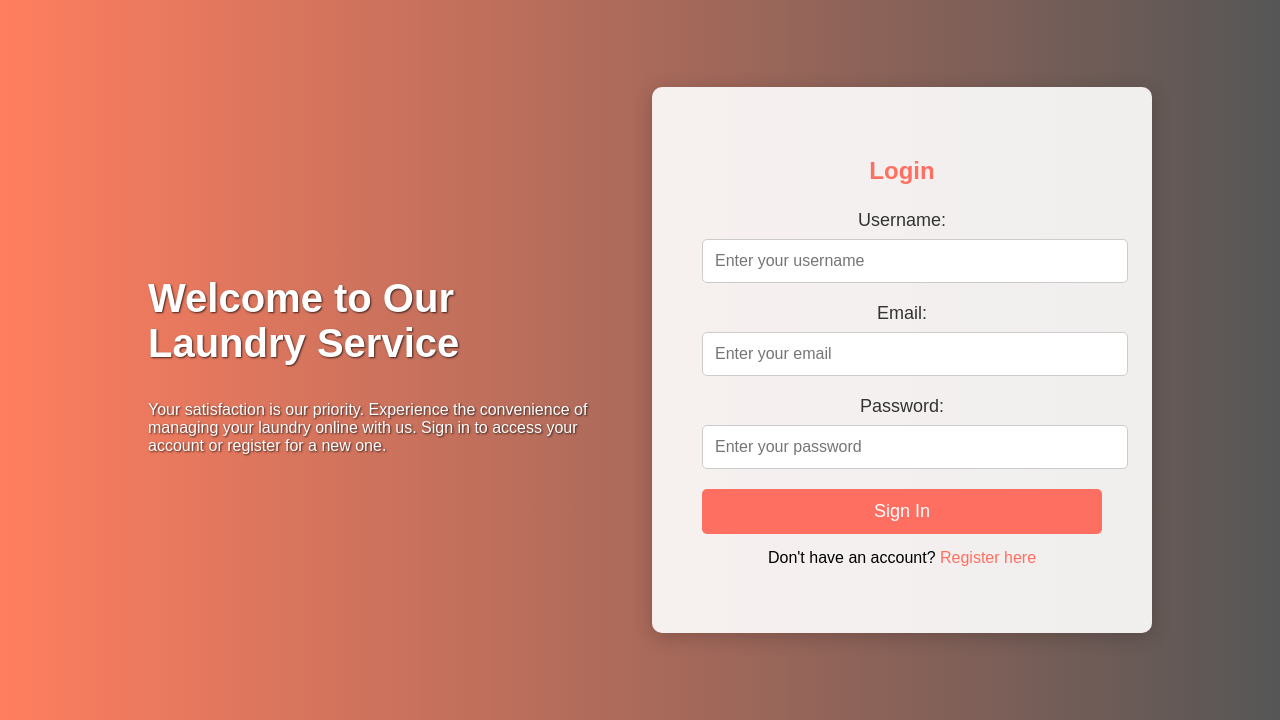
Repository: wmrmweerakoon/Online-Laundry-Management-System
Page: http://localhost/LaundryManagementSystem/Login.jsp
The author's editor kept a copy of each file at every save. The page is drawn from the files as they stood at one save, then again after the next save.
The browser window is 1280 px wide. The pictures show the whole page.
The page is served by Tomcat 9. Other server files are loaded and not shown.

Above is the page before, as saved 2024-10-08 05:53:26.

### Projects/LaundryManagementSystem/src/main/webapp/Login.jsp
<%@ page language="java" contentType="text/html; charset=UTF-8" pageEncoding="UTF-8"%>
<!DOCTYPE html>
<html lang="en">
<head>
    <meta charset="UTF-8">
    <meta name="viewport" content="width=device-width, initial-scale=1.0">
    <title>Login - Online Laundry Management System</title>
    <link rel="stylesheet" href="CSS/Login.css">
</head>
<body>
    <div class="login-background">
        <div class="content-container">
            <div class="text-content">
                <h1>Welcome to Our Laundry Service</h1>
                <p>Your satisfaction is our priority. Experience the convenience of managing your laundry online with us. Sign in to access your account or register for a new one.</p>
            </div>
            <div class="login-container">
                <h2>Login</h2>

                <%-- Display error message if exists --%>
                <div style="text-align: center; margin-bottom: 10px;">
                    <%
                        String errorMessage = (String) request.getAttribute("errorMessage");
                        if (errorMessage != null) {
                    %>
                        <div style="color: red; font-weight: bold;">
                            <%= errorMessage %>
                        </div>
                    <%
                        }
                    %>
                </div>

                <form id="loginForm" action="LoginServlet" method="POST" onsubmit="return validateForm()">
                    <div class="form-group">
                        <label for="username">Username:</label>
                        <input type="text" id="username" name="username" placeholder="Enter your username">
                        <span class="error" id="usernameError"></span>
                    </div>
                    <div class="form-group">
                        <label for="email">Email:</label>
                        <input type="email" id="email" name="email" placeholder="Enter your email">
                        <span class="error" id="emailError"></span>
                    </div>
                    <div class="form-group">
                        <label for="password">Password:</label>
                        <input type="password" id="password" name="password" placeholder="Enter your password">
                        <span class="error" id="passwordError"></span>
                    </div>
                    <button type="submit">Sign In</button>
                </form>
                <p>Don't have an account? <a href="Register.jsp">Register here</a></p>
            </div>
        </div>
    </div>

    <script>
        function validateForm() {
            let isValid = true;

            // Get form fields
            const username = document.getElementById('username').value.trim();
            const email = document.getElementById('email').value.trim();
            const password = document.getElementById('password').value.trim();

            // Get error message spans
            const usernameError = document.getElementById('usernameError');
            const emailError = document.getElementById('emailError');
            const passwordError = document.getElementById('passwordError');

            // Clear previous error messages
            usernameError.textContent = '';
            emailError.textContent = '';
            passwordError.textContent = '';

            // Username validation
            if (username === '') {
                usernameError.textContent = 'Username is required.';
                isValid = false;
            }

            // Email validation
            const emailPattern = /^[^ ]+@[^ ]+\.[a-z]{2,3}$/;
            if (email === '') {
                emailError.textContent = 'Email is required.';
                isValid = false;
            } else if (!email.match(emailPattern)) {
                emailError.textContent = 'Enter a valid email address.';
                isValid = false;
            }

            // Password validation
            if (password === '') {
                passwordError.textContent = 'Password is required.';
                isValid = false;
            }

            return isValid;
        }
    </script>
</body>
</html>

### Projects/LaundryManagementSystem/src/main/webapp/CSS/Login.css
body {
    font-family: 'Arial', sans-serif;
    margin: 0;
    padding: 0;
}

.login-background {
    background: linear-gradient(to right, #ff7e5f, rgb(86, 86, 86)); /* Colorful gradient */
    display: flex;
    justify-content: center;
    align-items: center;
    height: 100vh;
    position: relative;
}

.content-container {
    display: flex;
    width: 80%; /* Adjust as needed */
    max-width: 1200px; /* Optional max width */
}

.text-content {
    flex: 1; /* Take up remaining space */
    color: #fff; /* Text color for better visibility */
    padding: 20px; /* Padding around text */
    display: flex;
    flex-direction: column;
    justify-content: center; /* Center vertically */
    text-shadow: 1px 1px 2px rgba(0, 0, 0, 0.7); /* Subtle shadow for better visibility */
}

h1 {
    font-size: 2.5em;
    margin-bottom: 20px;
}

.login-container {
    background-color: rgba(255, 255, 255, 0.9); /* Slightly transparent for a modern look */
    padding: 50px;
    border-radius: 10px;
    box-shadow: 0 4px 20px rgba(0, 0, 0, 0.2);
    width: 400px;
    margin-left: 20px; /* Space between text and login form */
    text-align: center; /* Center content */
}

h2 {
    color: #ff6f61;
    margin-bottom: 25px;
}

.form-group {
    margin-bottom: 20px;
}

label {
    font-size: 18px;
    color: #333;
}

input[type="text"],
input[type="email"],
input[type="password"] {
    width: 100%;
    padding: 12px;
    margin-top: 8px;
    border: 1px solid #ccc;
    border-radius: 5px;
    font-size: 16px;
    transition: border-color 0.3s;
}

input:focus {
    border-color: #ff6f61; /* Highlight border color on focus */
}

button {
    width: 100%;
    padding: 12px;
    background-color: #ff6f61;
    color: #fff;
    border: none;
    border-radius: 5px;
    font-size: 18px;
    cursor: pointer;
    transition: background-color 0.3s;
}

button:hover {
    background-color: #ff4824;
}

.error {
    color: red;
    font-size: 14px;
    margin-top: 5px;
}

p {
    margin-top: 15px;
}

p a {
    color: #ff6f61;
    text-decoration: none;
}

p a:hover {
    text-decoration: underline;
}

After the next save:
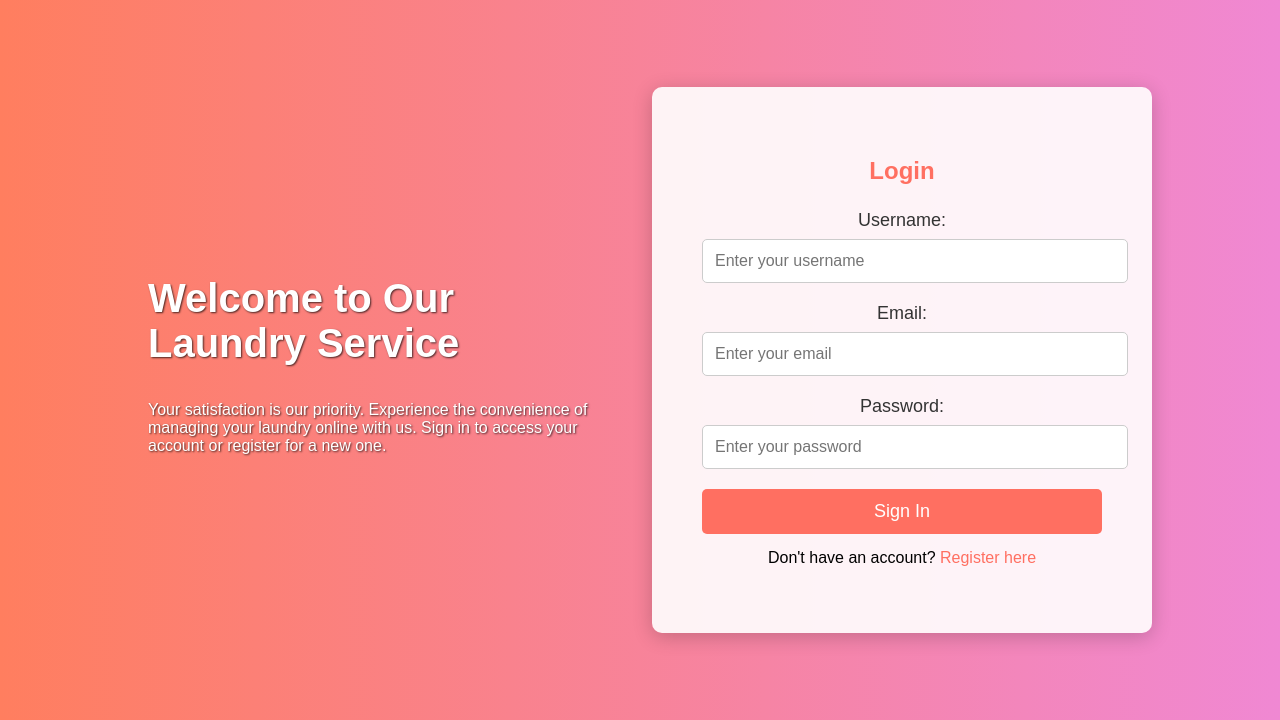
Saved 23 s later.
--- a/Projects/LaundryManagementSystem/src/main/webapp/CSS/Login.css
+++ b/Projects/LaundryManagementSystem/src/main/webapp/CSS/Login.css
@@ -5,7 +5,7 @@ body {
 }
 
 .login-background {
-    background: linear-gradient(to right, #ff7e5f, rgb(86, 86, 86)); /* Colorful gradient */
+    background: linear-gradient(to right, #ff7e5f, rgb(240, 136, 211)); /* Colorful gradient */
     display: flex;
     justify-content: center;
     align-items: center;
